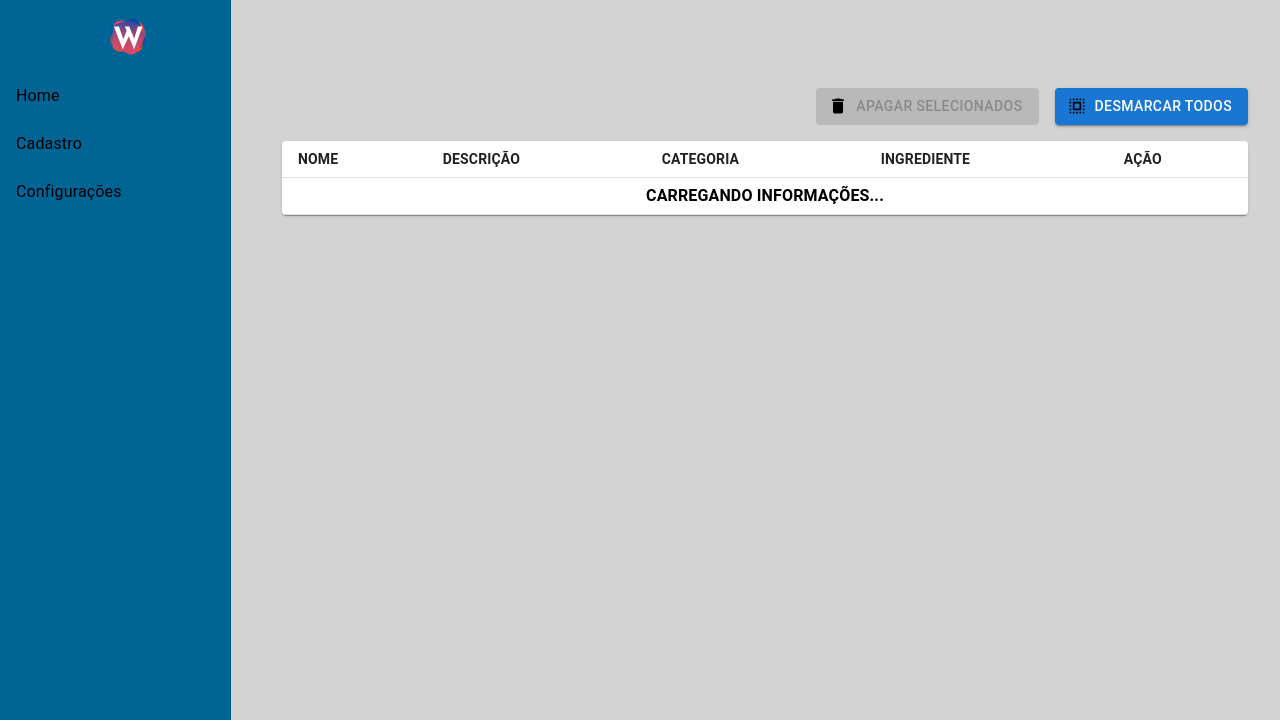
Repository: oZanella/projeto_windel_web_CRM
Page: /
An editor plug-in stored every save of this project. The page is shown before and after the next save, followed by the edit.
The browser window is 1280 px wide. The pictures show the whole page.
The page's requests for data from a server got no answer. The project was rebuilt for these pictures with package versions that can differ from the ones it lists, and the page was loaded fresh each time. No one was signed in, and anything a server would have sent is missing. Also part of the build but not shown: vite.config.js, src/routes/Configuracoes.jsx. Imported but missing from the stored project, and not drawn on this page: src/routes/Cadastro.jsx.

Above is the page before, as saved 2024-08-19 08:59:02.

### index.html
<!doctype html>
<html lang="en">

<head>
  <meta charset="UTF-8" />
  <link rel="icon" type="image/svg+xml" href="./src/image/LogoWindel.svg" />
  <link rel="stylesheet" href="src/style/GlobalStyles.css" />
  <link href="https://fonts.googleapis.com/css2?family=Playfair+Display&display=swap" rel="stylesheet">

  <meta name="viewport" content="width=device-width, initial-scale=1.0" />
  <title>Projeto Teste - CRM </title>
</head>

<body>
  <div id="root"></div>
  <script type="module" src="/src/main.jsx"></script>
</body>

</html>

### src/style/GlobalStyles.css
:root {
  --click: #7fa8c4;
  --primary: #E8F1F2;
  --darkblue: #13293D;
  --secondary: #000000;
  --ligthblue: #1b98e0;
  --animation: #006494;
  --ligthkgrey: #D3D3D3;
  --blueceledron: #247ba0;
  --delete: #FF0000;
}

* {
    color: var(--secondary);
}

body {
  background-color: var(--ligthkgrey);
}

### src/main.jsx
import { createBrowserRouter, RouterProvider, Navigate } from "react-router-dom"
import { createRoot } from 'react-dom/client'
import { StrictMode } from 'react'
import { App } from './App.jsx'

import './style/GlobalStyles.css'

//páginas do projeto
import { Cadastro } from './routes/Cadastro.jsx'
import { Home } from './routes/Home.jsx'
import { Configuracoes } from './routes/configuracoes.jsx'

const router = createBrowserRouter([
  {
    element: <App />,
    children: [
      {
        path: '/',
        element: <Navigate to="/home" replace />,
      },
      {
        path: '/home',
        element: <Home />,
      },
      {
        path: '/cadastro',
        element: <Cadastro />,
      },
      {
        path: '/configuracoes',
        element: <Configuracoes />,
      },
    ],
  },
])

createRoot(document.getElementById('root')).render(
  <StrictMode>
    <RouterProvider router={router} />
  </StrictMode>,
)

### src/App.jsx
import { Header } from './components/Header'
import { Outlet } from 'react-router-dom'
import { Box } from '@mui/material'
import './style/GlobalStyles.css'

export function App() {
  return (
    <Box sx={{ p: { xs: 2, sm: 3 }, marginTop: { xs: 8, sm: 8 } }}>
      <Header />
      <Box>
        <Outlet />
      </Box>
    </Box>
  );
}

### src/routes/Home.jsx
import React, { useEffect, useState } from 'react';
import { Box, TextField, Button, Dialog, DialogActions, DialogContent, DialogTitle, Select, MenuItem, FormControl, InputLabel } from '@mui/material';

import { handleShowDetails, handleEdit, handleSave, handleInputChange } from '../components/Handle';
import { CardDados } from '../components/TableHome';

import { blogFetch } from '../axios/config';


export const Home = () => {
  const [posts, setPosts] = useState([]);
  const [selectInfo, setSelectInfo] = useState(null);
  const [modeEdit, setModeEdit] = useState(null);
  const [dataEdit, setDataEdit] = useState({});
  const [openAddDialog, setOpenAddDialog] = useState(false);
  const [newPost, setNewPost] = useState({ name: '', description: '', category: '' });

  const getPosts = async () => {
    try {
      const response = await blogFetch.get("/recipe");
      const uniqueData = response.data.filter((value, index, self) =>
        index === self.findIndex((t) => t.id === value.id)
      );
      setPosts(uniqueData); // Garante que não tenha dados duplicados
    } catch (error) {
      console.log(error);
    }
  };

  useEffect(() => {
    getPosts();
  }, []);

  const handleDelete = async (postId) => {
    try {
      await blogFetch.delete(`/recipe/${postId}`);
      setPosts(posts.filter(post => post.id !== postId));
      console.log('Post deletado com sucesso');
    } catch (error) {
      console.error('Erro ao deletar o post', error);
    }
  };

  const handleAddOpen = () => setOpenAddDialog(true);
  const handleAddClose = () => setOpenAddDialog(false);

  {/* API para envio do novo registro*/ }
  const handleAdd = async () => {
    try {
      const newPostFormatted = {
        name: newPost.name,
        description: newPost.description,
        ingredients: [],
        category: newPost.category,
        isFavorite: newPost.isFavorite
      };

      const response = await blogFetch.post("/recipe", newPostFormatted);
      setPosts([...posts, response.data]);
      setNewPost({ name: '', description: '', category: '', isFavorite: false });
      handleAddClose();
      console.log('Post adicionado com sucesso');
    } catch (error) {
      console.error('Erro ao adicionar o post', error);
    }
  };

  return (
    <Box>
      {/* Dados para Adicionar Novo Registro */}
      <Dialog open={openAddDialog} onClose={handleAddClose}>
        <DialogTitle>Adicionar Novo Registro</DialogTitle>
        <DialogContent>
          <TextField
            name="name"
            label="Nome"
            value={newPost.name}
            onChange={(e) => setNewPost({ ...newPost, name: e.target.value })}
            fullWidth
            sx={{ marginBottom: 2 }}
          />
          <TextField
            name="description"
            label="Descrição"
            value={newPost.description}
            onChange={(e) => setNewPost({ ...newPost, description: e.target.value })}
            fullWidth
            sx={{ marginBottom: 2 }}
          />
          <TextField
            name="category"
            label="Categoria"
            value={newPost.category}
            onChange={(e) => setNewPost({ ...newPost, category: e.target.value })}
            fullWidth
            sx={{ marginBottom: 2 }}
          />
          <FormControl fullWidth sx={{ marginBottom: 2 }}>
            <InputLabel>Favorito</InputLabel>
            <Select
              name="isFavorite"
              value={newPost.isFavorite}
              onChange={(e) => setNewPost({ ...newPost, isFavorite: e.target.value })}
              label="Favorito"
            >
              <MenuItem value={true}>Sim</MenuItem>
              <MenuItem value={false}>Não</MenuItem>

            </Select>
          </FormControl>
        </DialogContent>
        <DialogActions>
          <Button onClick={handleAddClose}>Cancelar</Button>
          <Button onClick={handleAdd}>Adicionar</Button>
        </DialogActions>
      </Dialog>

      <CardDados
        posts={posts}
        handleDelete={handleDelete}
        handleEdit={handleEdit}
        handleSave={handleSave}
        modeEdit={modeEdit}
        setModeEdit={setModeEdit}
        dataEdit={dataEdit}
        setDataEdit={setDataEdit}
        handleInputChange={handleInputChange}
        selectInfo={selectInfo}
        setSelectInfo={setSelectInfo}
        handleShowDetails={handleShowDetails}
      />
    </Box>
  );
};

### src/components/Header.jsx
import { AppBar, Toolbar, Typography, Box, IconButton, Drawer, List, ListItem, ListItemText } from '@mui/material';
import MenuIcon from '@mui/icons-material/Menu';
import Logo from '../image/LogoWindel.svg';
import { Link } from 'react-router-dom';
import React, { useState } from 'react';

export const Header = () => {
  const [isDrawerOpen, setIsDrawerOpen] = useState(false);

  const toggleDrawer = (open) => () => {
    setIsDrawerOpen(open);
  };

  const menuItems = [
    { text: 'Home', link: '/home' },
    { text: 'Cadastro', link: '/cadastro' },
    { text: 'Configurações', link: '/configuracoes' },
  ];

  return (
    <>
      {/* Mobile AppBar */}
      <AppBar
        position="fixed"
        sx={{
          display: { xs: 'flex', sm: 'none' },
          width: '100%',
          boxShadow: '0px 0.01px 11px var(--secondary)',
          top: 0,
          left: 0,
          backgroundColor: 'var(--darkblue)',
        }}
      >
        <Toolbar
          sx={{
            display: 'flex',
            justifyContent: 'space-between',
          }}
        >
          <IconButton
            edge="start"
            color="inherit"
            aria-label="menu"
            onClick={toggleDrawer(true)}
          >
            <MenuIcon />
          </IconButton>
          <Typography variant="h6" sx={{ flexGrow: 1 }}>
            Cooking Cake
          </Typography>
          <IconButton
            to={`/home`}
            sx={{
              cursor: 'default',
            }}
            component={Link}
            aria-label="logo"
          >
            <img src={Logo} alt="Logo" style={{ width: '50px', height: '40px' }} />
          </IconButton>
        </Toolbar>
      </AppBar>

      {/* Mobile Drawer */}
      <Drawer
        anchor="left"
        open={isDrawerOpen}
        onClose={toggleDrawer(false)}
        sx={{
          display: { xs: 'block', sm: 'none' },
          '& .MuiDrawer-paper': {
            width: 240,
            backgroundColor: 'var(--darkblue)',
          },
        }}
      >
        <Box sx={{ padding: 2, display: 'flex', flexDirection: 'column', alignItems: 'center' }}>
          <IconButton
            to={`/home`}
            sx={{ cursor: 'default' }}
            component={Link}
            aria-label="logo"
          >
            <img src={Logo} alt="Logo" style={{ width: '80px', height: '60px' }} />
          </IconButton>
        </Box>
        <List>
          {menuItems.map((item) => (
            <ListItem key={item.text} component={Link} to={item.link} onClick={toggleDrawer(false)}>
              <ListItemText primary={item.text} />
            </ListItem>
          ))}
        </List>
      </Drawer>

      {/* Desktop Drawer */}
      <Drawer
        variant="permanent"
        sx={{
          display: { xs: 'none', sm: 'block' },
          '& .MuiDrawer-paper': {
            width: 230,
            backgroundColor: 'var(--animation)',
          },
        }}
        open
      >
        <Toolbar />

        <Box sx={{
          display: 'flex',
          flexDirection: 'column',
          alignItems: 'center',
          position: 'fixed',
          ml: 10,
          }}>
          <IconButton
            to={`/home`}
            sx={{ cursor: 'default' }}
            component={Link}
            aria-label="logo"
          >
            <img src={Logo} alt="Logo" style={{ width: '80px', height: '60px' }} />
          </IconButton>
        </Box>

        <Box sx={{ overflow: 'auto' }}>
          <List>
            {menuItems.map((item) => (
              <ListItem key={item.text} component={Link} to={item.link}>
                <ListItemText primary={item.text} />
              </ListItem>
            ))}
          </List>
        </Box>
      </Drawer>
    </>
  );
};

### src/components/Handle.jsx

import { blogFetch } from '../axios/config';


export const handleShowDetails = (post, setSelectInfo, selectInfo) => {
  if (selectInfo?.id === post.id) {
    setSelectInfo(null); // Fecha se já estiver aberto
  } else {
    setSelectInfo(post); // Abre o post atual
  }
};

export const handleEdit = (post, setModeEdit, setDataEdit) => {
  setModeEdit(post.id);
  setDataEdit(post);
};

//continua com erro, verificar!!
export const handleSave = async (postId, updateData) => {
  try {
    // Envie uma requisição PUT ou POST para salvar os dados atualizados
    const response = await blogFetch.put(`/blogFetch/posts/${postId}`, updateData);
    console.log('Dados salvos com sucesso', response.data);

  } catch (error) {
    console.error('Erro de API', error);
  }
};

export const handleInputChange = (e, setDataEdit) => {
  setDataEdit(prevDataEdit => ({ ...prevDataEdit, [e.target.name]: e.target.value }));
};

### src/components/TableHome.jsx
import React, { useState, useEffect } from 'react';
import {
  Table, TableBody, TableCell, TableContainer, TableHead, TableRow, Typography, Box, Button, IconButton, TextField, Dialog, DialogContent, DialogActions, FormControlLabel, Switch, Chip, Paper, Checkbox
} from '@mui/material';
import EditIcon from '@mui/icons-material/Edit';
import SaveIcon from '@mui/icons-material/Save';
import AddIcon from '@mui/icons-material/Add';
import CloseIcon from '@mui/icons-material/Close';
import DeleteIcon from '@mui/icons-material/Delete';
import SelectAllIcon from '@mui/icons-material/SelectAll';
import axios from 'axios';

const API_BASE_URL = 'https://teste-tecnico-front-api.up.railway.app';

export const CardDados = ({
  posts, setPosts, handleDelete
}) => {
  const [openModal, setOpenModal] = useState(false);
  const [currentPost, setCurrentPost] = useState(null);
  const [dataEdit, setDataEdit] = useState({});
  const [newIngredient, setNewIngredient] = useState('');
  const [selectedPosts, setSelectedPosts] = useState([]);

  useEffect(() => {
    if (currentPost) {
      setDataEdit({ ...currentPost });
    }
  }, [currentPost]);

  const handleEditOpen = (post) => {
    setCurrentPost(post);
    setOpenModal(true);
  };

  const handleEditClose = () => {
    setOpenModal(false);
    setCurrentPost(null);
    setNewIngredient('');
  };

  const handleSaveModal = async () => {
    if (currentPost) {
      try {
        await axios.put(`${API_BASE_URL}/posts/${currentPost.id}`, dataEdit);
        const response = await axios.get(`${API_BASE_URL}/posts`);
        setPosts(response.data);
        handleEditClose();
      } catch (error) {
        console.error('Error ao salvar:', error);
      }
    }
  };

  const handleAddIngredient = () => {
    if (newIngredient.trim() !== '') {
      setDataEdit((prevData) => ({
        ...prevData,
        ingredients: [...(prevData.ingredients || []), newIngredient.trim()],
      }));
      setNewIngredient('');
    }
  };

  const handleRemoveIngredient = (ingredientToRemove) => {
    setDataEdit((prevData) => ({
      ...prevData,
      ingredients: (prevData.ingredients || []).filter((ingredient) => ingredient !== ingredientToRemove),
    }));
  };

  const handleSelectAll = () => {
    if (selectedPosts.length === posts.length) {
      setSelectedPosts([]);
    } else {
      setSelectedPosts(posts.map(post => post.id));
    }
  };

  const handleDeleteSelected = async () => {
    try {
      await Promise.all(selectedPosts.map(id => axios.delete(`${API_BASE_URL}/posts/${id}`)));
      const response = await axios.get(`${API_BASE_URL}/posts`);
      setPosts(response.data);
      setSelectedPosts([]);
    } catch (error) {
      console.error('Error ao apagar os registros:', error);
    }
  };

  const handleSelectPost = (id) => {
    setSelectedPosts(prevSelected =>
      prevSelected.includes(id)
        ? prevSelected.filter(postId => postId !== id)
        : [...prevSelected, id]
    );
  };

  return (
    <>
      <Box sx={{ display: 'flex', justifyContent: 'flex-end', mb: 2 }}>
        <Button
          variant="contained"
          color="error"
          startIcon={<DeleteIcon />}
          onClick={handleDeleteSelected}
          disabled={selectedPosts.length === 0}
          sx={{ marginRight: 2 }}
        >
          Apagar Selecionados
        </Button>
        <Button
          variant="contained"
          color="primary"
          startIcon={<SelectAllIcon />}
          onClick={handleSelectAll}
        >
          {selectedPosts.length === posts.length ? 'Desmarcar Todos' : 'Selecionar Todos'}
        </Button>
      </Box>

      {/* Tabela aonde aparece os dados
      Dentro do TableContainer tem um calculo que é feito por conta do menu lateral*/}
      <TableContainer component={Paper} sx={{ overflowX: 'auto', width: { xs: '100%', sm: 'calc(100% - 250px)' }, ml: { sm: '250px' } }}>
        <Table size='small'>
          <TableHead>
            <TableRow>
              <TableCell sx={{ fontWeight: 'bold', textTransform: 'uppercase' }}>Nome</TableCell>
              <TableCell sx={{ fontWeight: 'bold', textTransform: 'uppercase' }}>Descrição</TableCell>
              <TableCell sx={{ fontWeight: 'bold', textTransform: 'uppercase' }}>Categoria</TableCell>
              <TableCell sx={{ fontWeight: 'bold', textTransform: 'uppercase' }}>Ingrediente</TableCell>
              <TableCell sx={{ fontWeight: 'bold', textTransform: 'uppercase' }}>Ação</TableCell>
            </TableRow>
          </TableHead>
          <TableBody>
            {posts.length === 0 ? (
              <TableRow>
                <TableCell colSpan={5} align="center">
                  <Typography variant="body1" sx={{ fontWeight: 'bold', textTransform: 'uppercase' }}>Carregando informações...</Typography>
                </TableCell>
              </TableRow>
            ) : (
              posts.map((post) => (
                <TableRow sx={{ height: 'auto' }} key={post.id}>
                  <TableCell sx={{ padding: '8px' }}>
                    {post.name}
                  </TableCell>
                  <TableCell sx={{ padding: '8px' }}>{post.description}</TableCell>
                  <TableCell sx={{ padding: '8px' }}>{post.category}</TableCell>

                  <TableCell sx={{ padding: '8px' }}>
                    <Box sx={{
                      display: 'flex',
                      flexWrap: 'wrap',
                      overflowX: 'auto',
                      gap: 1,
                      width: '100%',
                    }}>
                      {post.ingredients && post.ingredients.length > 0 ? (
                        post.ingredients.map((ingredient) => (
                          <Box
                            key={ingredient.id}
                            sx={{
                              display: 'flex',
                              flexDirection: 'column',
                              alignItems: 'flex-start',
                              marginRight: 1,
                              marginBottom: 1,
                            }}
                          >
                            <Typography variant="body1">{ingredient.name}</Typography>
                            <Typography variant="body2" color="textSecondary">
                              Quantidade: {ingredient.quantity}
                            </Typography>
                          </Box>
                        ))
                      ) : (
                        <Typography variant="body2">Nenhum ingrediente disponível</Typography>
                      )}
                    </Box>
                  </TableCell>

                  <TableCell>
                    <Box sx={{ display: 'flex', alignItems: 'center' }}>
                      <Checkbox
                        checked={selectedPosts.includes(post.id)}
                        onChange={() => handleSelectPost(post.id)}
                        color="primary"
                      />
                      <IconButton
                        color="primary"
                        onClick={() => handleEditOpen(post)}
                        sx={{ mr: 1 }}
                      >
                        <EditIcon />
                      </IconButton>
                      <IconButton
                        color="error"
                        onClick={() => handleDelete(post.id)}
                      >
                        <DeleteIcon />
                      </IconButton>
                    </Box>
                  </TableCell>
                </TableRow>
              ))
            )}
          </TableBody>
        </Table>
      </TableContainer>

      {/* Modal de edição */}
      <Dialog open={openModal} onClose={handleEditClose} fullWidth maxWidth="sm">
        <DialogContent>
          {currentPost && (
            <Box component="form" sx={{ display: 'flex', flexDirection: 'column', gap: 2 }}>
              <TextField
                name="name"
                label="Nome"
                value={dataEdit.name || ''}
                onChange={(e) => setDataEdit({ ...dataEdit, name: e.target.value })}
                fullWidth
                sx={{ marginBottom: 2 }}
              />
              <TextField
                name="description"
                label="Descrição"
                value={dataEdit.description || ''}
                onChange={(e) => setDataEdit({ ...dataEdit, description: e.target.value })}
                fullWidth
                sx={{ marginBottom: 2 }}
              />
              <TextField
                name="category"
                label="Categoria"
                value={dataEdit.category || ''}
                onChange={(e) => setDataEdit({ ...dataEdit, category: e.target.value })}
                fullWidth
                sx={{ marginBottom: 2 }}
              />
              <FormControlLabel
                control={
                  <Switch
                    checked={dataEdit.isFavorite || false}
                    onChange={(e) => setDataEdit({ ...dataEdit, isFavorite: e.target.checked })}
                    color="primary"
                  />
                }
                label="Favorito"
              />
              <Box sx={{ display: 'flex', gap: 2 }}>
                <TextField
                  label="Novo Ingrediente"
                  value={newIngredient}
                  onChange={(e) => setNewIngredient(e.target.value)}
                  fullWidth
                  sx={{ marginBottom: 2 }}
                />
                <IconButton
                  color="primary"
                  onClick={handleAddIngredient}
                  disabled={!newIngredient.trim()}
                  sx={{ marginBottom: 2 }}
                >
                  <AddIcon />
                </IconButton>
              </Box>

              {dataEdit.ingredients && dataEdit.ingredients.length > 0 && (
                <Box sx={{ display: 'flex', flexWrap: 'wrap', gap: 1 }}>
                  {dataEdit.ingredients.map((ingredient, index) => (
                    <Chip
                      key={index}
                      label={ingredient}
                      onDelete={() => handleRemoveIngredient(ingredient)}
                      sx={{ marginBottom: 2 }}
                    />
                  ))}
                </Box>
              )}
            </Box>
          )}
        </DialogContent>
        <DialogActions>
          <Button onClick={handleEditClose} color="secondary" startIcon={<CloseIcon />}>
            Cancelar
          </Button>
          <Button onClick={handleSaveModal} color="primary" startIcon={<SaveIcon />}>
            Salvar
          </Button>
        </DialogActions>
      </Dialog>
    </>
  );
};

### src/axios/config.jsx
// src/axios/config.js
import axios from 'axios';

export const blogFetch = axios.create({
  baseURL: 'https://teste-tecnico-front-api.up.railway.app',
  headers: {
    'Content-Type': 'application/json',
  },
});

After the next save:
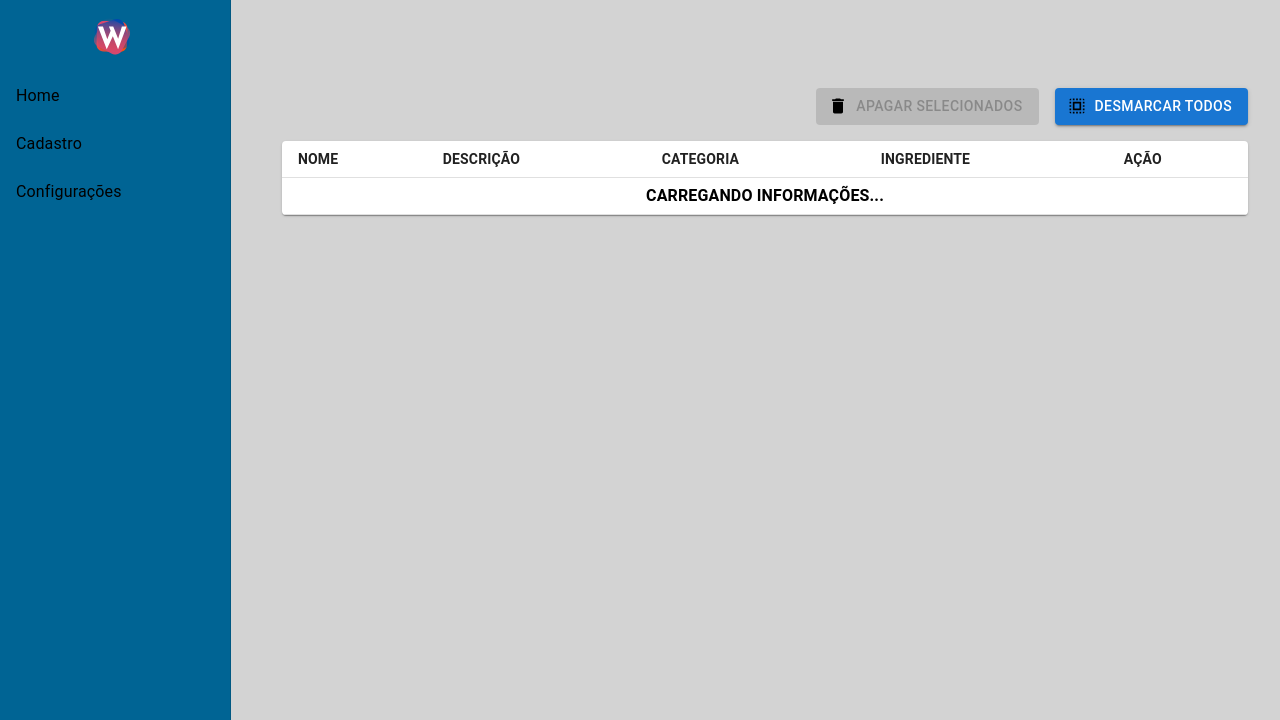
Saved 4 s later.
--- a/src/components/Header.jsx
+++ b/src/components/Header.jsx
@@ -112,7 +112,7 @@ export const Header = () => {
           flexDirection: 'column',
           alignItems: 'center',
           position: 'fixed',
-          ml: 10,
+          ml: 8,
           }}>
           <IconButton
             to={`/home`}
